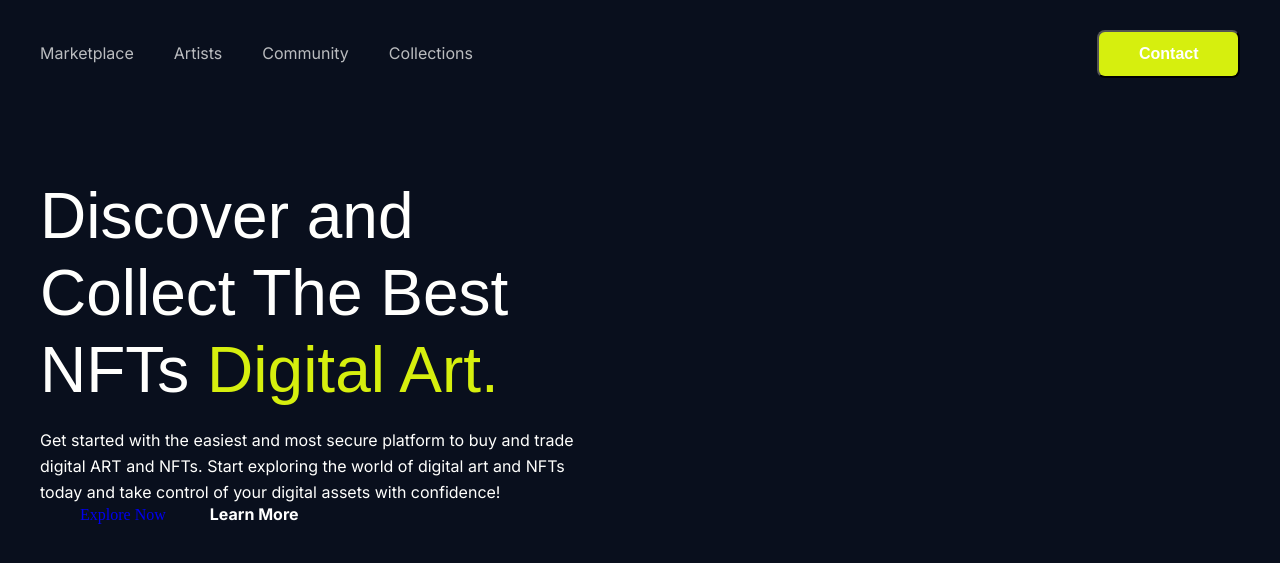
Repository: Kamron5505/NftMarketplace
Page: index.html
These files come from the project's save history. The page is drawn as it stood at one moment and after the next save; the edit follows.
The browser window is 1280 px wide. The pictures show the whole page.
Some web fonts or font styles are not loaded; a fallback is used.

Above is the page before, as saved 2025-07-08 00:11:50.

After the next save:
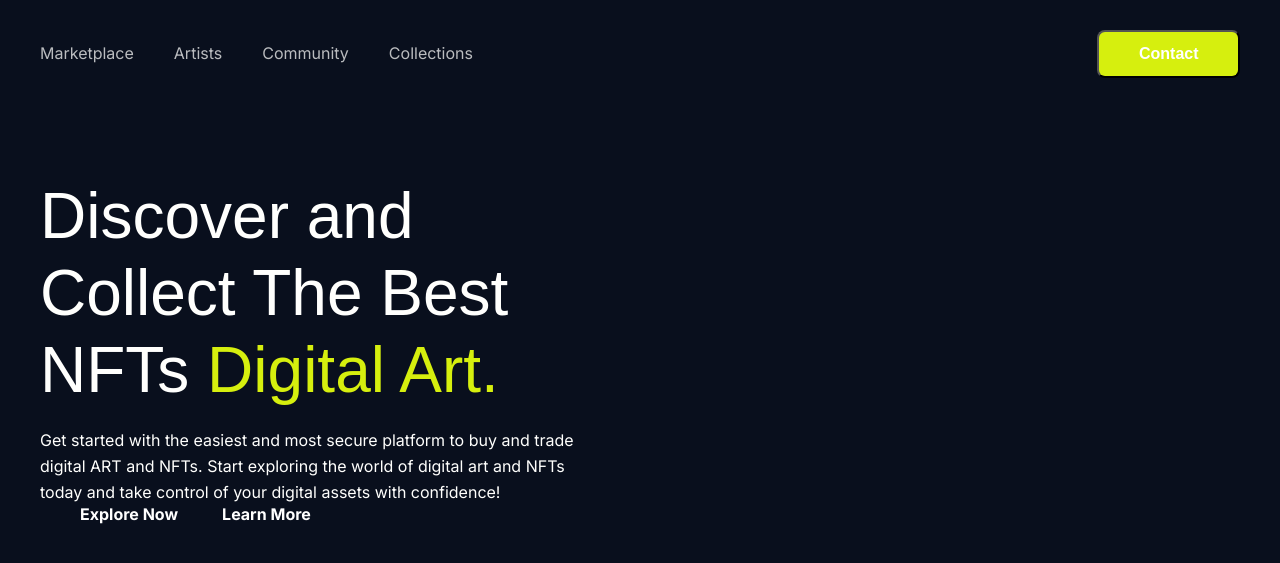
Saved 1 s later.
--- a/index.html
+++ b/index.html
@@ -43,7 +43,7 @@
                         </p>
 
                         <div class="buttons">
-                            <a href="#" class=" btn-primary">Explore Now</a>
+                            <a href="#" class="btn btn-primary">Explore Now</a>
                             <a href="#" class="btn btn-secondary">Learn More</a>
                         </div>
 
